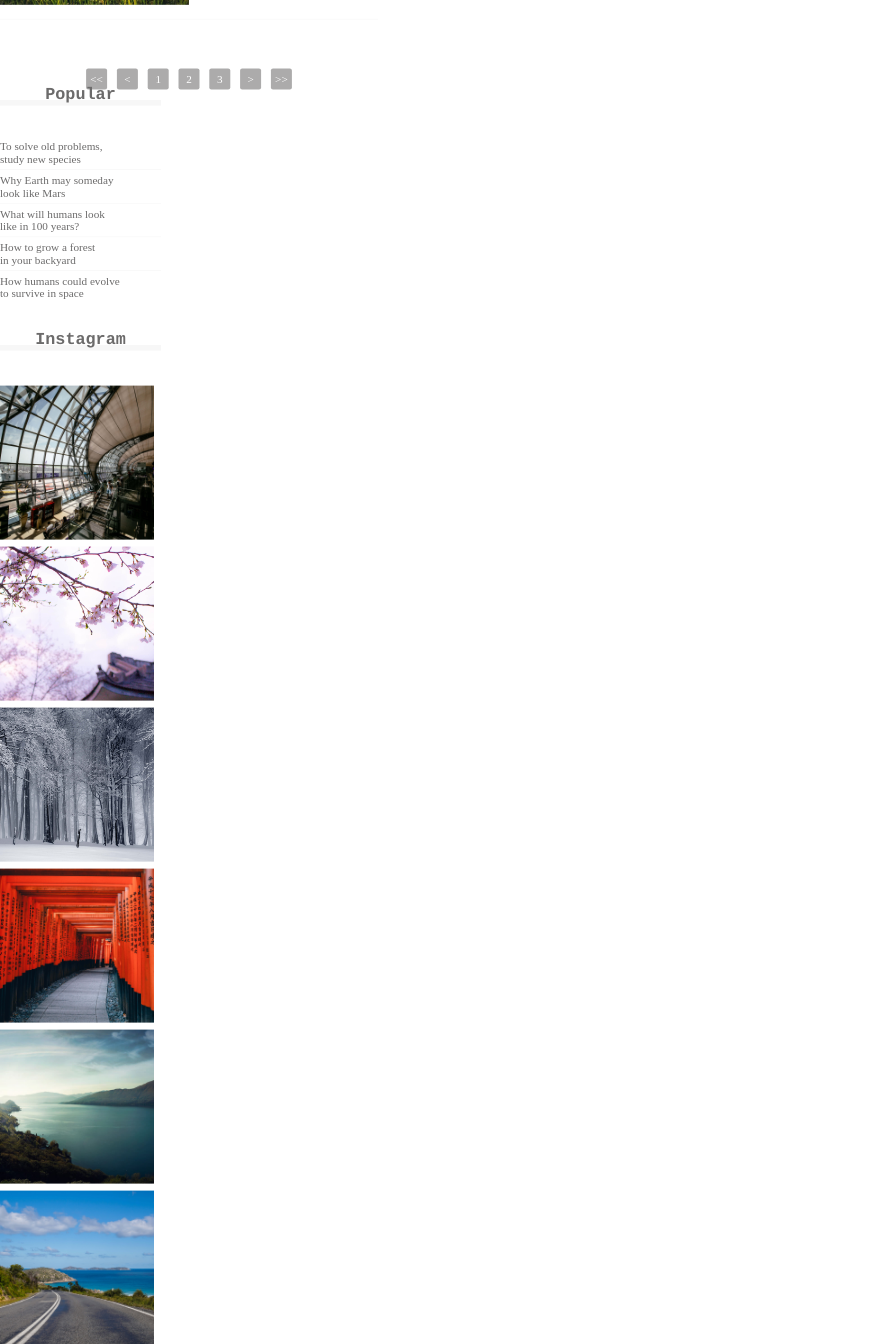
Repository: 220416/kadai1
Page: caravan/index.html
The author's editor kept a record of every edit. The page is drawn from the files as they stood at one moment, then again after the next edit.
The browser window is 1280 px wide. The pictures show the part of the page from y = 1587 to 3507 px (the page is 4009 px tall before and 3999 px after), at 70% of full size.
Some web libraries are served in a nearby version.

Above is the page before.

After the next edit:
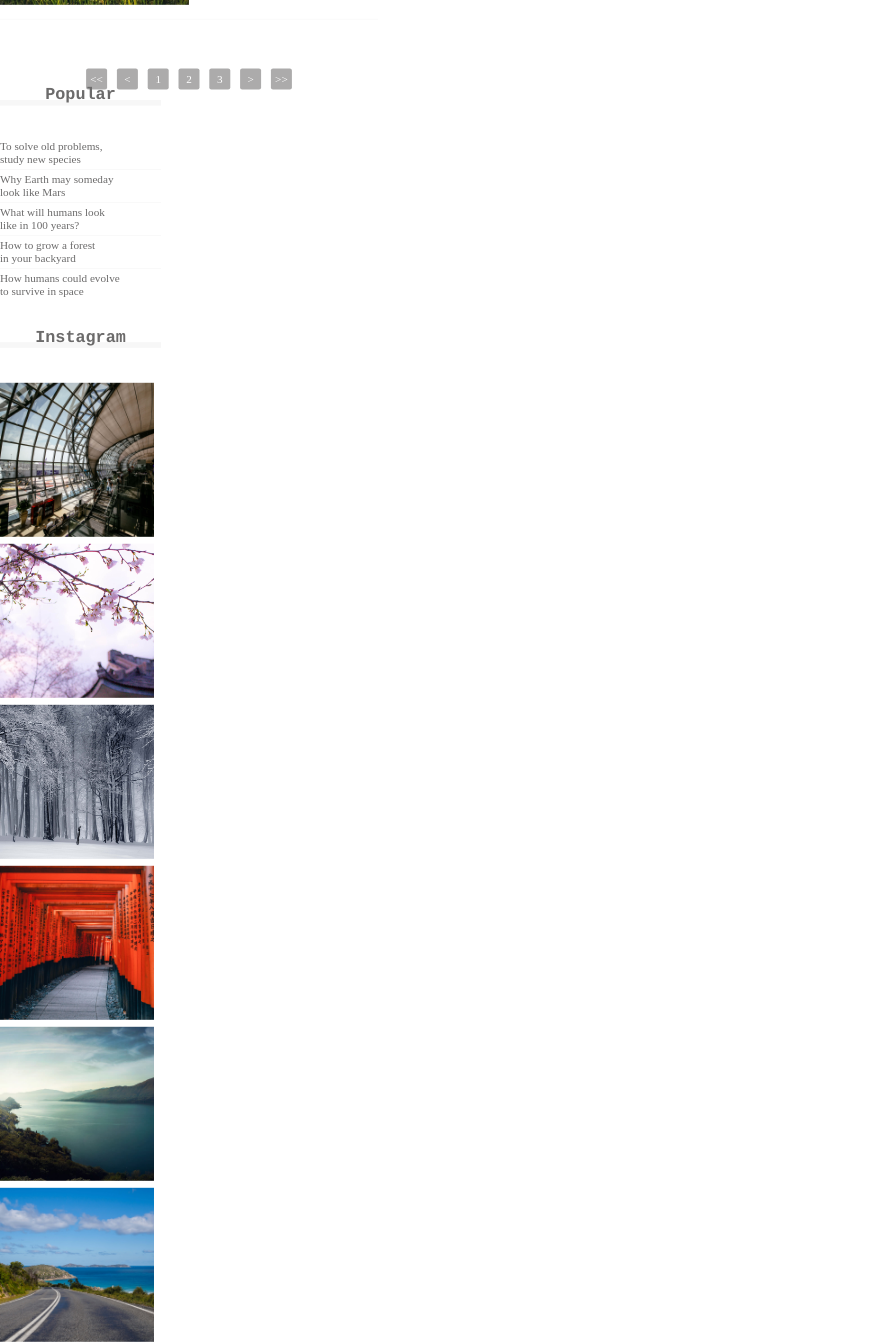
The edit:
--- a/caravan/style.css
+++ b/caravan/style.css
@@ -161,7 +161,7 @@
 .categories-text{
   padding-bottom: 5px;
   border-bottom: 1px solid #f7f7f7;
-  margin-bottom:6px;
+  margin-bottom:5px;
 }
 
 .popular-text:last-child,
